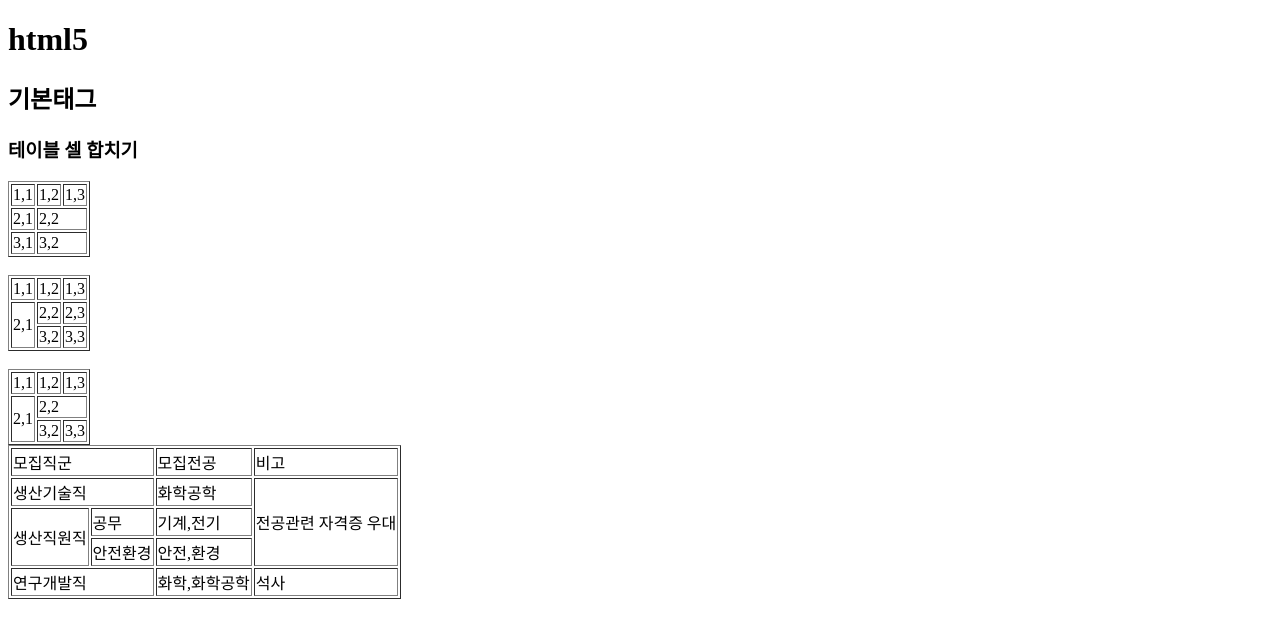
Repository: jeemaru/htme_01
Page: html_01/ex06.html
The author's editor kept a copy of each file at every save. The page is drawn from the files as they stood at one save, then again after the next save.
The browser window is 1280 px wide. The pictures show the whole page.

Above is the page before, as saved 2022-04-01 02:54:53.

### html_01/ex06.html
<!DOCTYPE html>

<html>

	<head>
		<meta charset="UTF-8">
		<title>Insert title here</title>
	</head>

	<body>
		<h1>html5</h1>
		<h2>기본태그</h2>
		<h3>테이블 셀 합치기</h3>

		<table border="1">
			<tr>
			 	<td>1,1</td>
			 	<td>1,2</td>
			 	<td>1,3</td>
			</tr>
			<tr>
			 	<td>2,1</td>
			 	<td colspan="2">2,2</td>
			</tr>
			<tr>
			 	<td>3,1</td>
			 	<td colspan="2">3,2</td>
			</tr>
		</table>

		<br>

		<table border="1">
			<tr>
				<td>1,1</td>
				<td>1,2</td>
				<td>1,3</td>
			</tr>
			<tr>
				<td rowspan="2">2,1</td>
				<td>2,2</td>
				<td>2,3</td>
			</tr>
			<tr>
				<td>3,2</td>
				<td>3,3</td>
			</tr>

		</table>

		<br>

		<table border="1">
			<tr>
				<td>1,1</td>
				<td>1,2</td>
				<td>1,3</td>
			</tr>
			<tr>
				<td rowspan="2">2,1</td>
				<td colspan="2">2,2</td>
				<!-- <td>2,3</td> colspan-->
			</tr>
			<tr>
				<!-- <td>3,1</td> rowspan-->
				<td>3,2</td>
				<td>3,3</td>
			</tr>

		</table>

		<table border="1">
			<tr>
				<td colspan="2">모집직군</td>
				<!--<td>모집직군</td> colspan-->
				<td>모집전공</td>
				<td>비고</td>
			</tr>
			<tr>
				<td colspan="2">생산기술직</td>
				<!--<td>생산기술직</td> colspan-->
				<td>화학공학</td>
				<td rowspan="3">전공관련 자격증 우대</td>
			</tr>
			<tr>
				<td rowspan="2">생산직원직</td>
				<td>공무</td>
				<td>기계,전기</td>
				<!--<td>전공관련 자격증 우대</td> rowspan-->
			</tr>
			<tr>
				<!--<td>생산직원직</td> rowspan-->
				<td>안전환경</td>
				<td>안전,환경</td>
				<!--<td>전공관련 자격증 우대</td> rowspan-->
			</tr>
			<tr>
				<td colspan="2">연구개발직</td>
				<!--<td>연구개발직</td> colspan-->
				<td>화학,화학공학</td>
				<td>석사</td>
			</tr>

		</table>


	</body>

</html>

After the next save:
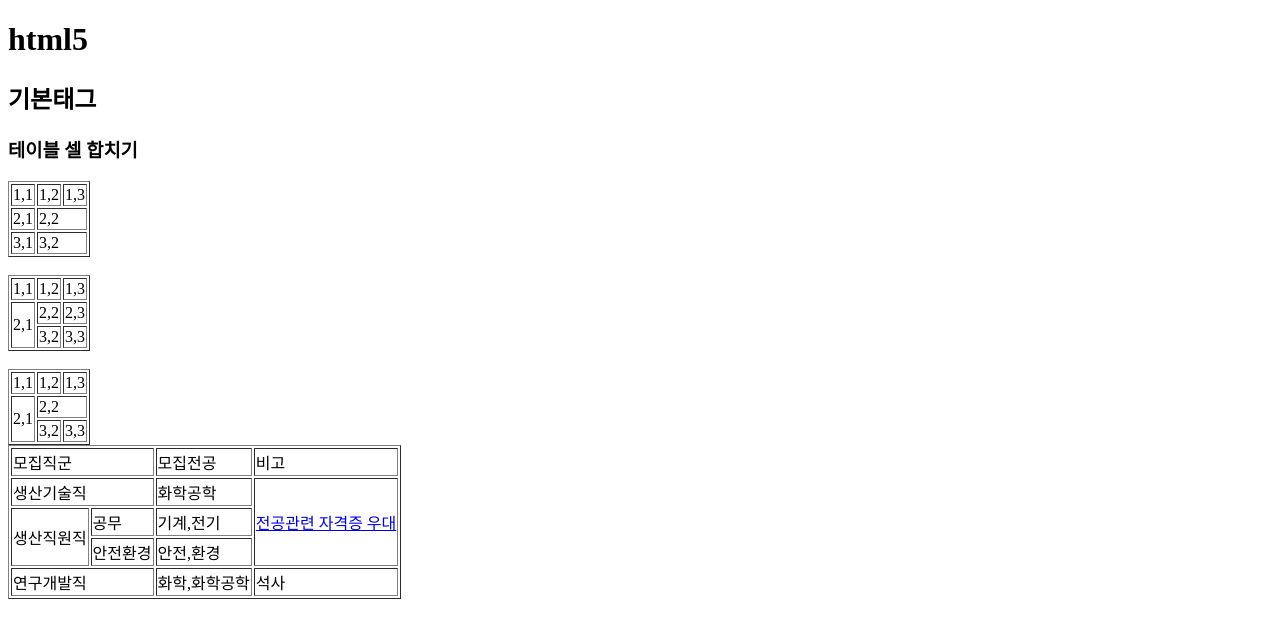
Saved 22 min 6 s later.
--- a/html_01/ex06.html
+++ b/html_01/ex06.html
@@ -80,7 +80,7 @@
 				<td colspan="2">생산기술직</td>
 				<!--<td>생산기술직</td> colspan-->
 				<td>화학공학</td>
-				<td rowspan="3">전공관련 자격증 우대</td>
+				<td rowspan="3"><a href="https://www.naver.com/" target="_blank">전공관련 자격증 우대</a></td>
 			</tr>
 			<tr>
 				<td rowspan="2">생산직원직</td>
